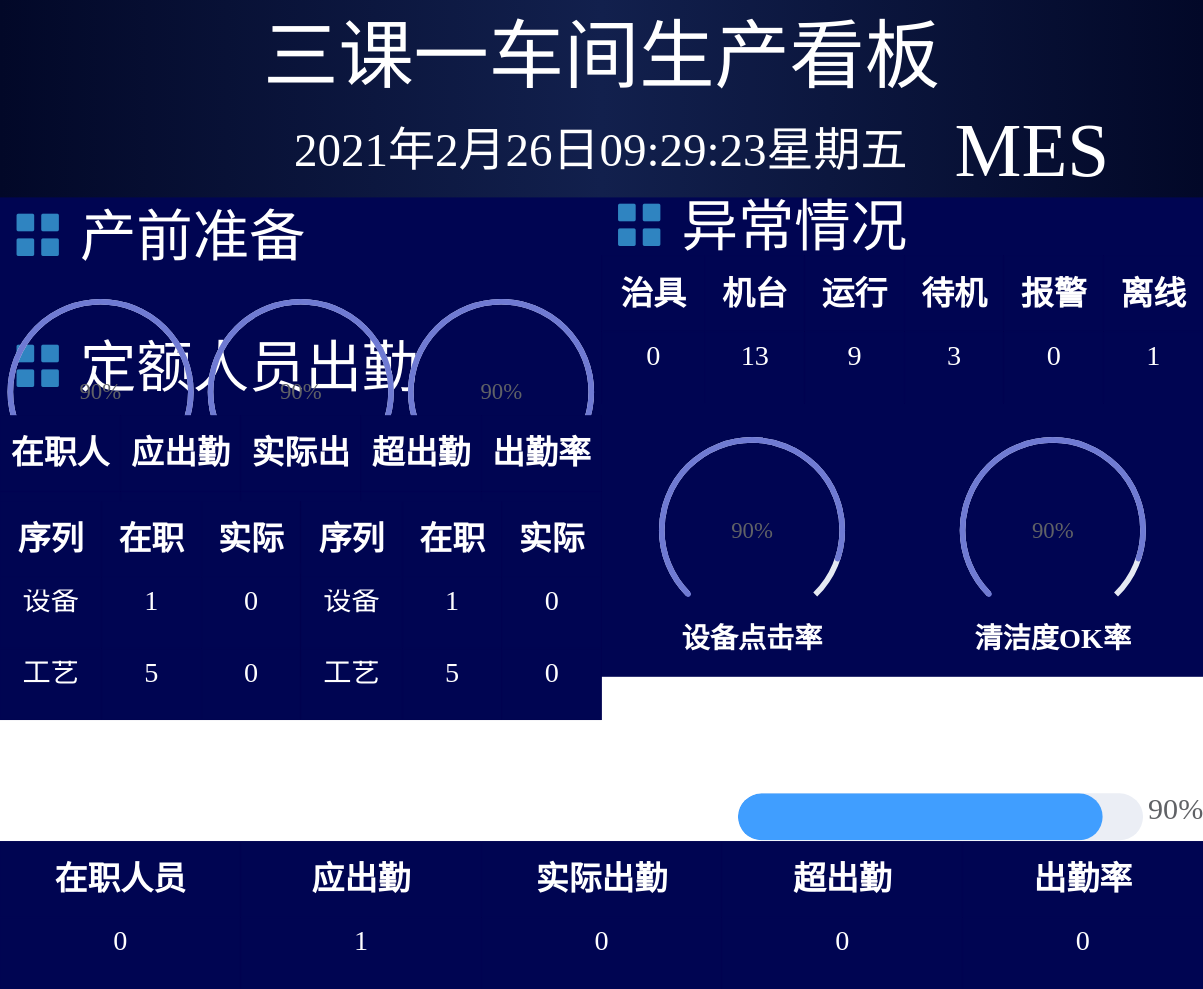
Repository: Bimbaloo/pv-view
Page: a.html
These files come from the project's save history. The page is drawn as it stood at one moment and after the next save; the edit follows.
The browser window is 1280 px wide. The pictures show the whole page, at 94% of full size.

Above is the page before, as saved 2021-05-14 15:06:21.
Console error: ReferenceError: echarts is not defined

### a.html
<!DOCTYPE html>
<html lang="zh-ch">

<head>
  <meta charset="UTF-8">
  <meta http-equiv="X-UA-Compatible" content="IE=edge">
  <meta name="viewport"
    content="width=device-width, initial-scale=1.0, minimum-scale=1.0, maximum-scale=1.0, user-scalable=no" />
  <script src="echarts.common.js"></script>
  <script src="vue.js"></script>
  <script src="element-ui/index.js"></script>
  <link rel="stylesheet" href="element-ui/theme-chalk/index.css">
  <link rel="stylesheet" href="reset.css">
  <link rel="stylesheet" href="base.css">
  <title>车间看板</title>
</head>

<body>
  <div id="app">
    <!-- 抬头 -->
    <div class="title-box">
      <div class="title">三课一车间生产看板</div>
      <div class="message" style="display: flex;">
        <div class="time">2021年2月26日09:29:23星期五</div>
        <div class="name">MES</div>
      </div>

    </div>
    <!-- 生产 -->
    <div class="Production">
      <div class="ready">
        <div class="designation">
          <i class="el-icon-menu"></i>
          <span>产前准备</span>
        </div>
        <div class="progress-boxs">
          <div class="progress-box">
            <el-progress type="dashboard" :percentage="percentage" :color="colors" :width='width'></el-progress>
            <span>设备点击率</span>
          </div>

          <div class="progress-box">
            <el-progress type="dashboard" :percentage="percentage" :color="colors" :width='width'></el-progress>
            <span>清洁度OK率</span>
          </div>
          <div class="progress-box">
            <el-progress type="dashboard" :percentage="percentage" :color="colors" :width='width'></el-progress>
            <span>物料齐率</span>
          </div>
        </div>


      </div>
      <!-- 出勤 -->
      <div class="chuqing">
        <div class="designation">
          <i class="el-icon-menu"></i>
          <span>定额人员出勤</span>
        </div>
        <div class="table-message">
          <el-table ref="table" :data="tableData.data" style="width: 100%;margin-top: 20px;">
            <el-table-column v-for="col in columns" :key="col.prop" :label="col.label" :prop="col.prop"
              :class-name="col.class" align='center'>
            </el-table-column>
          </el-table>
        </div>

      </div>
      <!-- 非定额出勤 -->
      <div class="feichuqing">
        <div class="designation">
          <i class="el-icon-menu"></i>
          <span>非定额人员出勤</span>
        </div>
        <div class="table-message" style="display: flex;">
          <el-table ref="table2" :data="tableData.data2" style="width: 45%;margin-top: 20px;">
            <el-table-column v-for="col in columns2" :key="col.prop" :label="col.label" :prop="col.prop"
              :class-name="col.class" align='center'>
            </el-table-column>
          </el-table>
          <el-table ref="table2" :data="tableData.data2" style="width: 45%;margin-top: 20px;">
            <el-table-column v-for="col in columns2" :key="col.prop" :label="col.label" :prop="col.prop"
              :class-name="col.class" align='center'>
            </el-table-column>
          </el-table>
        </div>
      </div>
    </div>
    <!-- 异常 -->
    <div class="abnormal">
      <div class="designation">
        <i class="el-icon-menu"></i>
        <span>异常情况</span>
      </div>
      <div class="table-message">
        <el-table ref="table4" :data="tableData.data4" style="width: 100%">
          <el-table-column v-for="col in columns4" :key="col.prop" :label="col.label" :prop="col.prop"
            :class-name="col.class" align='center'>
          </el-table-column>
        </el-table>
      </div>
      <div class="progress-boxs">
        <div class="progress-box">
          <el-progress type="dashboard" :percentage="percentage" :color="colors" :width='width'></el-progress>
          <span>设备点击率</span>
        </div>

        <div class="progress-box">
          <el-progress type="dashboard" :percentage="percentage" :color="colors" :width='width'></el-progress>
          <span>清洁度OK率</span>
        </div>
      </div>
      <div class="progress-boxs2">
        <div class="progress-box2">
          <div class="progress-message">
            治具损坏率
          </div>
          <el-progress :stroke-width="50" :percentage="90"></el-progress>
        </div>
        <div class="progress-box2">
          <div class="progress-message">
            OQC批退率
          </div>
          <el-progress :stroke-width="50" :percentage="20"></el-progress>
        </div>
      </div>

    </div>
    <!-- 进度 -->
    <div class="progress">
      <div class="designation">
        <i class="el-icon-menu"></i>
        <span>异常情况</span>
      </div>
      <div class="echarts-box">

      </div>
      <div id="container" style="height: 80%"></div>

      <div class="table-message">
        <el-table ref="table" :data="tableData.data" style="width: 100%;margin-top: 20px;">
          <el-table-column v-for="col in columns" :key="col.prop" :label="col.label" :prop="col.prop"
            :class-name="col.class" align='center'>
          </el-table-column>
        </el-table>
      </div>
    </div>

  </div>
  <script src="base.js"></script>
</body>

</html>

### reset.css
/**
 * Eric Meyer's Reset CSS v2.0 (http://meyerweb.com/eric/tools/css/reset/)
 * http://cssreset.com
 */

html,
body,
div,
span,
applet,
object,
iframe,
h1,
h2,
h3,
h4,
h5,
h6,
p,
blockquote,
pre,
a,
abbr,
acronym,
address,
big,
cite,
code,
del,
dfn,
em,
img,
ins,
kbd,
q,
s,
samp,
small,
strike,
strong,
sub,
sup,
tt,
var,
b,
u,
i,
center,
dl,
dt,
dd,
ol,
ul,
li,
fieldset,
form,
label,
legend,
table,
caption,
tbody,
tfoot,
thead,
tr,
th,
td,
article,
aside,
canvas,
details,
embed,
figure,
figcaption,
footer,
header,
menu,
nav,
output,
ruby,
section,
summary,
time,
mark,
audio,
video,
input {
  margin: 0;
  padding: 0;
  border: 0;
  font-family: "微软雅黑";
  font-size: 100%;
  font-weight: normal;
  vertical-align: baseline;
}

.divider {
  height: 16px;
  width: 100%;
  background: #f3f5f7;
  border-top: 1px solid rgba(7, 17, 27, 0.1);
  border-bottom: 1px solid rgba(7, 17, 27, 0.1);
}

.clear:after {
  content: "\20";
  height: 0;
  display: block;
  clear: both;
}

/* HTML5 display-role reset for older browsers */

article,
aside,
details,
figcaption,
figure,
footer,
header,
menu,
nav,
section {
  display: block;
}

body {
  line-height: 1;
}

blockquote,
q {
  quotes: none;
}

blockquote:before,
blockquote:after,
q:before,
q:after {
  content: none;
}

table {
  border-collapse: collapse;
  border-spacing: 0;
}

/* custom */

a {
  color: #7e8c8d;
  text-decoration: none;
  -webkit-backface-visibility: hidden;
}

li {
  list-style: none;
}

/* 表格下载。 */
.tableClone {
  position: absolute;
  z-index: -1;
}

::-webkit-scrollbar {
  width: 10px;
  height: 10px;
}

::-webkit-scrollbar-track-piece {
  /* background-color: #979ba1; */
  background-color: #bfc1c2;
  -webkit-border-radius: 4px;
}

::-webkit-scrollbar-thumb:vertical {
  height: 10px;
  /*  background-color: #56565C; */
  background-color: #8c8c92;
  -webkit-border-radius: 4px;
}

::-webkit-scrollbar-thumb:horizontal {
  width: 10px;
  /*  background-color: #56565C; */
  background-color: #8c8c92;
  -webkit-border-radius: 4px;
}

html,
body {
  width: 100%;
  height: 100%;
}

body {
  -webkit-text-size-adjust: none;
  -webkit-tap-highlight-color: rgba(0, 0, 0, 0);
}

### base.css
#app {
  background-color: hsl(236deg 100% 16%);
  display: flex;
  flex-direction: row;
  flex-flow: wrap;
  height: 100%;
}

.title-box {
  height: 210px;
  background-image: linear-gradient(to right, #020828, #12204d, #020828);
  width: 100%;

}

.title,
.time,
.name {
  color: #fff;
}

.message {
  display: flex;
  align-items: center;
  justify-content: flex-end;
  margin-right: 100px;
}

.title {
  font-size: 80px;
  width: 100%;
  display: flex;
  justify-content: center;
  align-items: center;
  line-height: 120px;
  height: 120px;
}

.time {
  font-size: 50px;
}

.name {
  font-size: 80px;
  margin-left: 50px;
}


/* 生产 */
.Production {
  height: 45%;
  width: 50%;
  box-sizing: border-box;

}

/* 异常 */
.abnormal {
  height: 45%;
  width: 50%;
  box-sizing: border-box;
}

.progress {
  width: 100%;
  height: 45%;
}


.ready {
  padding-top: 10px;
  height: 40%
}

.designation {
  color: #fff;
  font-size: 60px;
}

.el-icon-menu {
  color: #2F84C1;
  margin-left: 10px;
}

.chuqing {
  padding-top: 10px;
  height: 25%;
}
.feichuqing {
  padding-top: 10px;
  height: 35%;
}


.table-message td,th{
  background-color: hsl(236deg 100% 16%) !important;
  border: 1px solid hsl(236deg 100% 16%);
}

.el-table td, .el-table th.is-leaf {
  border: 1px solid hsl(236deg 100% 16%);
}

.el-table th, .el-table tr {
  background-color: hsl(236deg 100% 16%) !important;
}

.el-table {
  color: #fff;
  font-weight: bold;
  font-size: 30px;
}

.el-table, .el-table__expanded-cell {
  background-color: hsl(236deg 100% 16%) !important;
}
.el-table th>.cell {
  height: 55px;
  color: #fff;
  font-weight: bold;
  font-size: 35px;
  line-height: 55px;
}
.el-table td>.cell {
  height: 50px;
  color: #fff;
  font-size: 30px;
}


.abnormal {

}
.progress-boxs {
  display: flex;
  justify-content: space-around;
  margin-top: 35px;
}
.progress-box span{
  color: #fff;
  font-weight: bold;
  font-size: 30px;
}

.progress-box {
  display: flex;
    flex-direction: column;
    align-items: center;
}
.progress-boxs2 {
 margin-top: 150px;
}

.progress-box2 {
  display: flex;
  justify-content: space-evenly;
  margin-top: 60px;
  margin-bottom: 60px;
}
.progress-box2  .el-progress {
  width: 80%;
  display: flex;
}

.progress-message {
  color: #fff;
  font-weight: bold;
  font-size: 30px;
}
.progress {
  padding-top: 20px;
}

.el-table::before {
  height :0
}

.echarts-box {
  width: 70%;
}

### base.js
var Main = new Vue({
  el: '#app',
  name: app,
  data: {
    tableData: {
      columns: [{
        label: '在职人员',
        prop: 'printer',
        align: 'center',
        showHead: true
      },
      {
        label: '应出勤',
        prop: 'tasksNum',
        align: 'center',
        showHead: true
      },
      {
        label: '实际出勤',
        prop: 'status',
        align: 'center',
        showHead: true
      },
      {
        label: '超出勤',
        prop: 'lastTime',
        align: 'center',
        showHead: true
      },
      {
        label: '出勤率',
        prop: 'equipment',
        align: 'center',
        class: 'red',
        showHead: true
      }
      ],
      data: [{
        tasksNum: '1',
        printer: '0',
        status: '0',
        lastTime: '0',
        equipment: 0
      }],
      columns2: [{
        label: '序列',
        prop: 'order',
        align: 'center',
      }, {
        label: '在职人数',
        prop: 'num',
        align: 'center',
      }, {
        label: '实际出勤',
        prop: 'realistic',
        align: 'center',
      }],
      data2: [{
        order: '设备',
        num: '1',
        realistic: '0'
      }, {
        order: '工艺',
        num: '5',
        realistic: '0'
      },],
      data3: [{
        order: '品质',
        num: '0',
        realistic: '0'
      },
      {
        order: '制造',
        num: '6',
        realistic: '0'
      }
      ],
      columns4: [{
        label: '治具总数',
        prop: 'order',
        align: 'center',
      }, {
        label: '机台总数',
        prop: 'num',
        align: 'center',
      }, {
        label: '运行',
        prop: 'run',
        align: 'center',
      }, {
        label: '待机',
        prop: 'Standby',
        align: 'center',
      }, {
        label: '报警',
        prop: 'alarm',
        align: 'center',
      }, {
        label: '离线',
        prop: 'offline',
        align: 'center',
      }],
      data4: [{
        order: '0',
        num: '13',
        run: '9',
        Standby: '3',
        alarm: '0',
        offline: '1'
      }],
      height: 100,
    },
    colors: [{
      color: '#f56c6c',
      percentage: 20
    },
    {
      color: '#e6a23c',
      percentage: 40
    },
    {
      color: '#5cb87a',
      percentage: 60
    },
    {
      color: '#1989fa',
      percentage: 80
    },
    {
      color: '#6f7ad3',
      percentage: 100
    }
    ],
    percentage: 90,
    width: 200
  },
  computed: {
    columns() {
      return this.tableData.columns.filter((item) => {
        return item.showHead
      })
    },
    columns2() {
      return this.tableData.columns2
    },
    columns4() {
      return this.tableData.columns4
    },
    items() {
      return this.tableData.columns.filter((item) => {
        return !item.showHead
      })
    }
  },
  methods: {

  }
})

var dom = document.getElementById("container");
var myChart = echarts.init(dom);
var app = {};

var option;



option = {
  tooltip: {
    trigger: 'axis',
    axisPointer: {            // Use axis to trigger tooltip
      type: 'shadow'        // 'shadow' as default; can also be 'line' or 'shadow'
    }
  },
  legend: {
    data: ['Direct', 'Mail Ad', 'Affiliate Ad']
  },
  grid: {
    left: '3%',
    right: '4%',
    bottom: '3%',
    containLabel: true
  },
  xAxis: {
    type: 'value'
  },
  yAxis: {
    type: 'category',
    data: ['1#', '2#', '3#', '4#', '5#', '6#', '7#']
  },
  series: [
    {
      name: 'Direct',
      type: 'bar',
      stack: 'total',
      label: {
        show: true
      },
      emphasis: {
        focus: 'series'
      },
      data: [0, 20, 0, 0, 5, 15, 33]
    },
    {
      name: 'Mail Ad',
      type: 'bar',
      stack: 'total',
      label: {
        show: true
      },
      emphasis: {
        focus: 'series'
      },
      data: [0, 50, 30, 70, 25, 25, 33]
    },
    {
      name: 'Affiliate Ad',
      type: 'bar',
      stack: 'total',
      label: {
        show: true
      },
      emphasis: {
        focus: 'series'
      },
      data: [100, 30, 70, 30, 70, 60, 34]
    }


  ]
};

if (option && typeof option === 'object') {
  myChart.setOption(option);
}

Loaded but not shown: vue.js (library); element-ui/index.js (library); element-ui/theme-chalk/index.css (library); echarts.common.js (no copy from this time; the picture is the same without it)

After the next save:
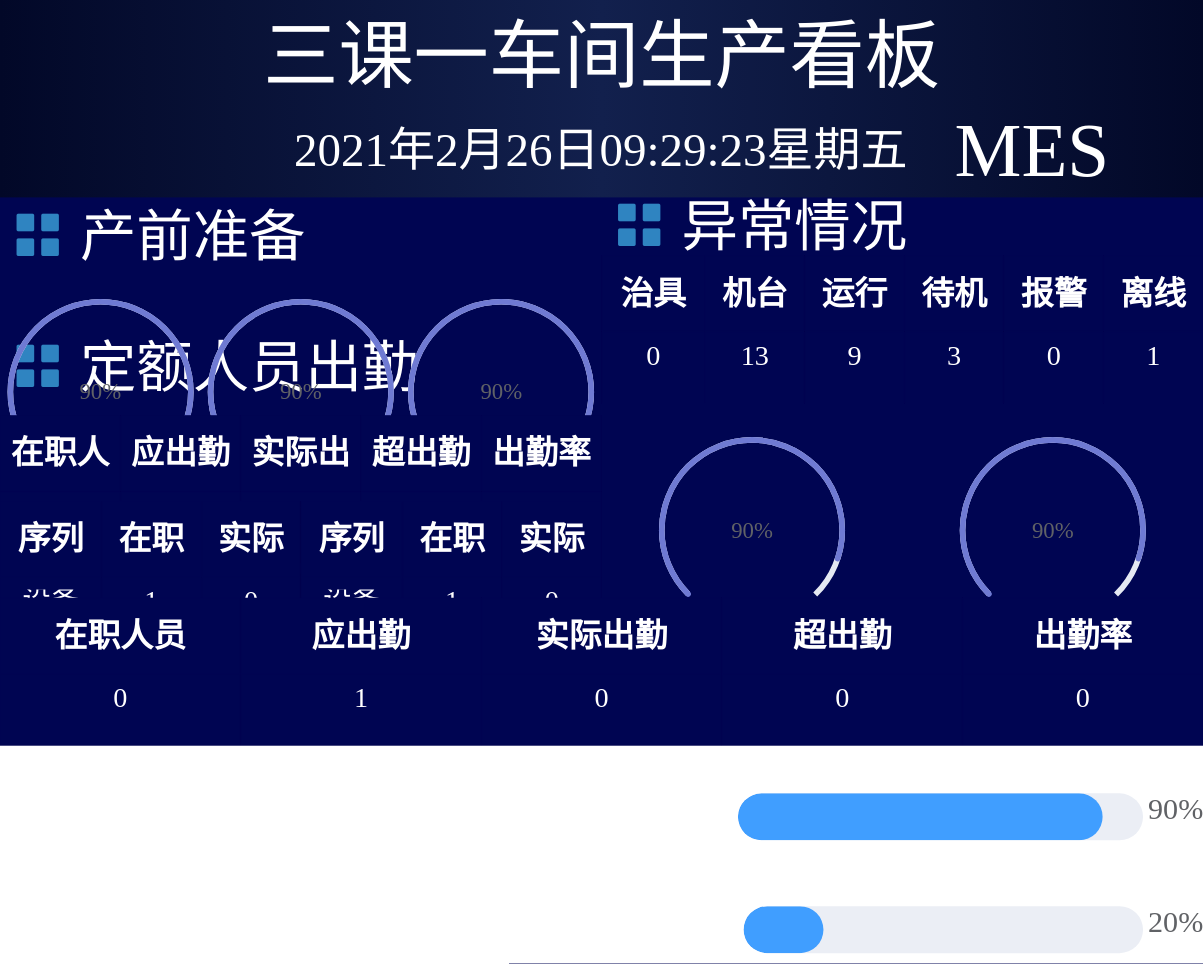
Saved 4 s later.
--- a/a.html
+++ b/a.html
@@ -133,9 +133,9 @@
         <span>异常情况</span>
       </div>
       <div class="echarts-box">
+        <div id="container" style="height: 80%"></div>
+      </div>
 
-      </div>
-      <div id="container" style="height: 80%"></div>
 
       <div class="table-message">
         <el-table ref="table" :data="tableData.data" style="width: 100%;margin-top: 20px;">
